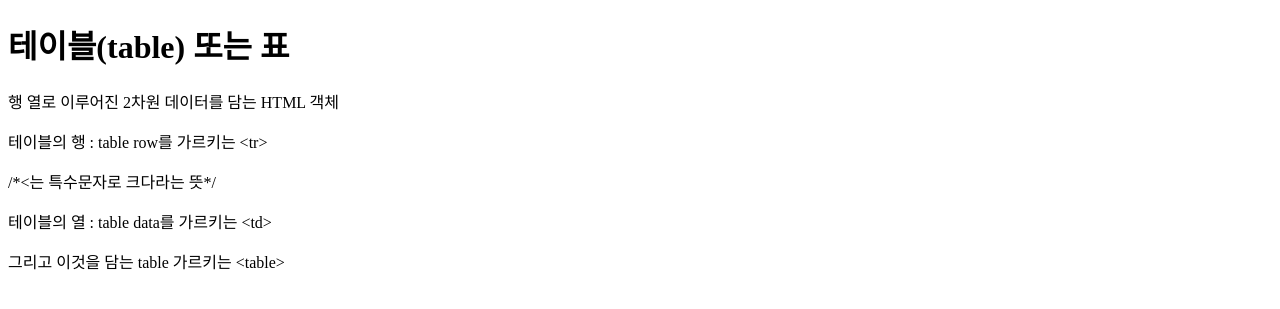
Repository: kmh9964/view
Page: workspace/studyhtml5/src/main/webapp/docs/first.html
An editor plug-in stored every save of this project. The page is shown before and after the next save, followed by the edit.
The browser window is 1280 px wide. The pictures show the whole page.

Above is the page before, as saved 2022-12-15 05:42:51.

### workspace/studyhtml5/src/main/webapp/docs/first.html
<!doctype html>
<html lang="en">
<head>
<meta charset="UTF-8" />
<title>표</title>
</head>
<body>
	<h1>테이블(table) 또는 표</h1>
	<p>행 열로 이루어진 2차원 데이터를 담는 HTML 객체<p>
	<p>테이블의 행 : table row를 가르키는 &lt;tr&gt;</p>/*&lt는 특수문자로 크다라는 뜻*/
	<p>테이블의 열 : table data를 가르키는 &lt;td&gt;</p>
	<p>그리고 이것을 담는 table 가르키는 &lt;table&gt;

</body>
</html>

After the next save:
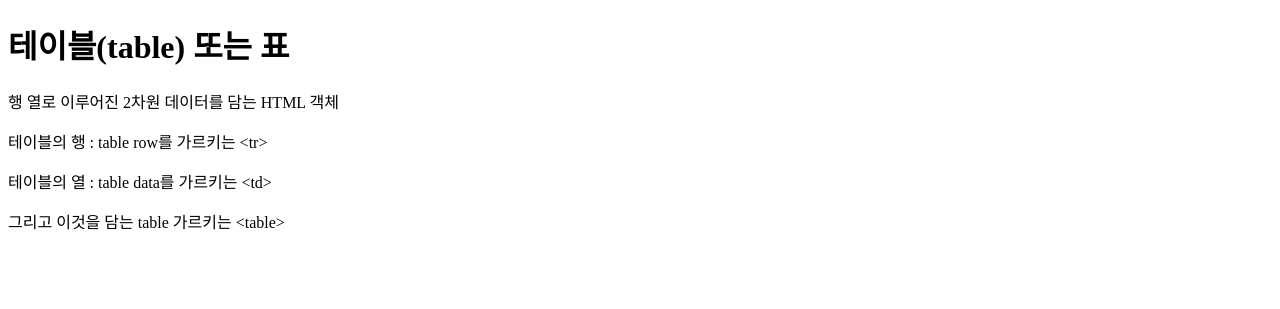
Saved 51 s later.
--- a/workspace/studyhtml5/src/main/webapp/docs/first.html
+++ b/workspace/studyhtml5/src/main/webapp/docs/first.html
@@ -7,7 +7,7 @@
 <body>
 	<h1>테이블(table) 또는 표</h1>
 	<p>행 열로 이루어진 2차원 데이터를 담는 HTML 객체<p>
-	<p>테이블의 행 : table row를 가르키는 &lt;tr&gt;</p>/*&lt는 특수문자로 크다라는 뜻*/
+	<p>테이블의 행 : table row를 가르키는 &lt;tr&gt;</p>
 	<p>테이블의 열 : table data를 가르키는 &lt;td&gt;</p>
 	<p>그리고 이것을 담는 table 가르키는 &lt;table&gt;
 
